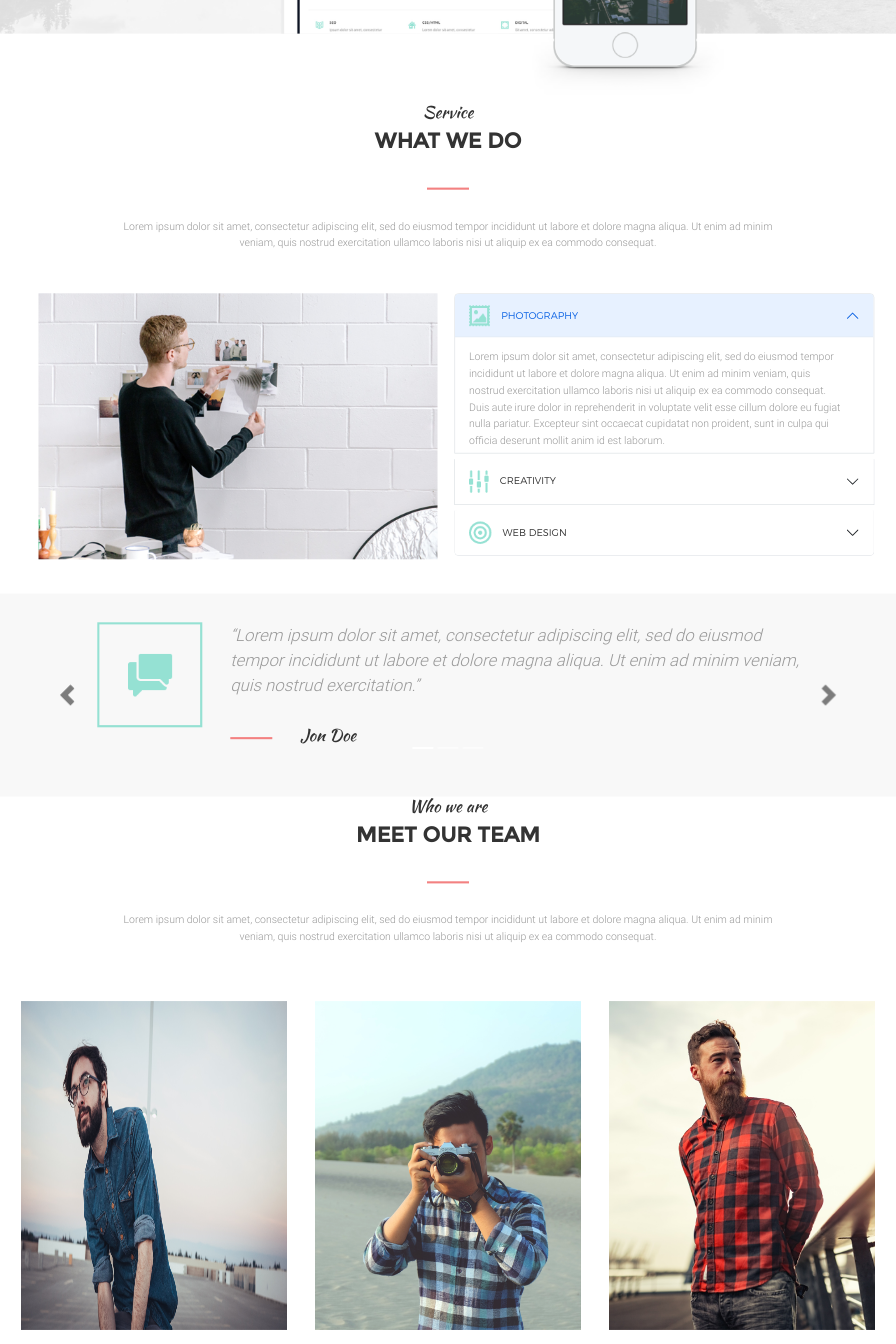
Repository: RaffiBarseghyan/mogo
Page: /
The author's editor kept a copy of each file at every save. The page is drawn from the files as they stood at one save, then again after a run of saves.
The browser window is 1280 px wide. The pictures show the part of the page from y = 3380 to 5300 px (the page is 5300 px tall), at 70% of full size.
The project was rebuilt for these pictures with package versions that can differ from the ones it lists, and the page was loaded fresh each time.

Above is the page before, as saved 2023-05-12 23:27:04.

After the next 2 saves:
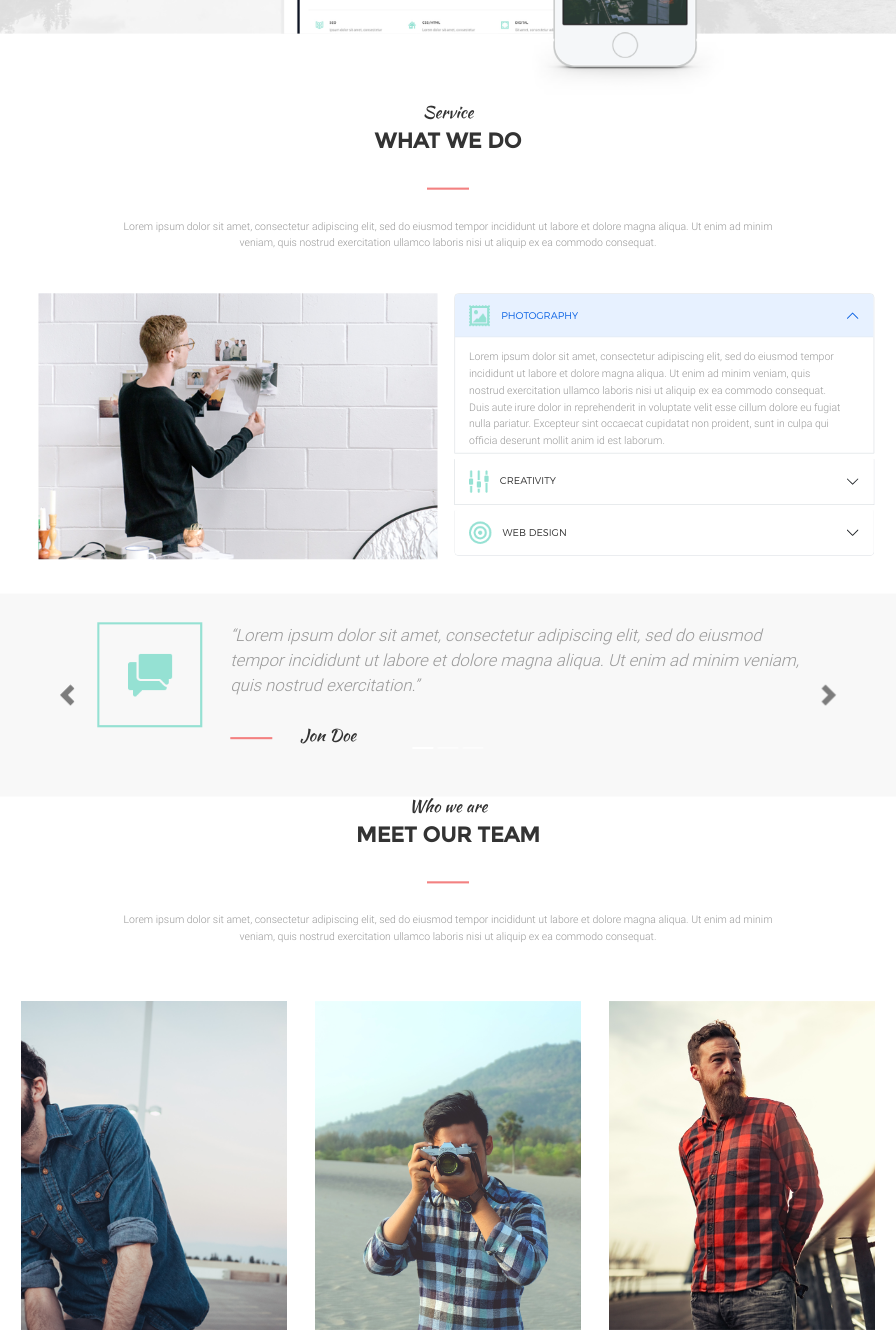
The 2 saves are shown as one change because they came seconds apart.
The last was saved 10 s later.
--- a/src/Pages/WeAre/weAre.module.scss
+++ b/src/Pages/WeAre/weAre.module.scss
@@ -101,7 +101,7 @@
 .aboutImg1 {
     width: 380px;
     height: 470px;
-    object-fit: fill !important;
+    object-fit: none !important;
 }
 
 .imgDiv:hover {
